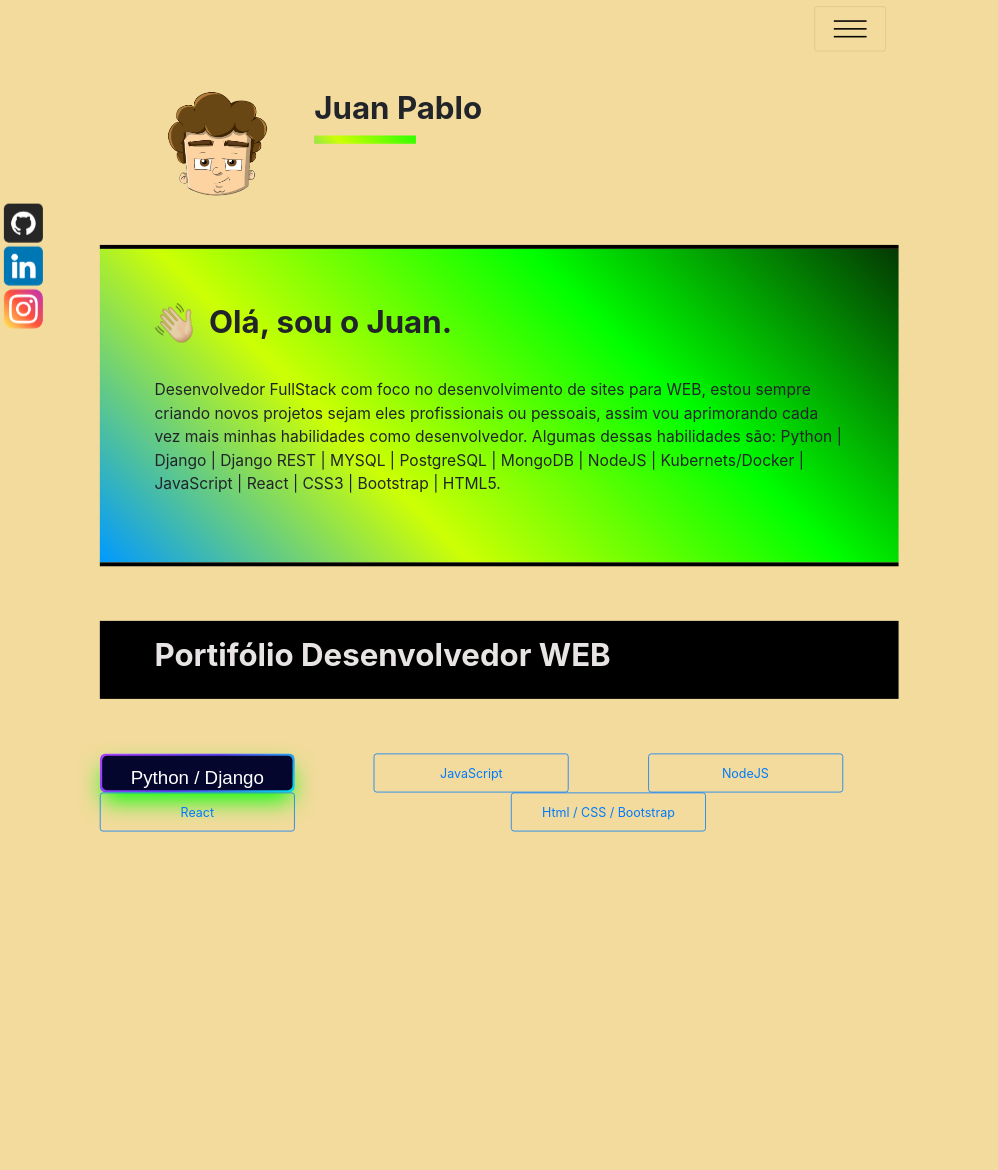
Repository: JuanPabloDS/portifolio
Page: http://localhost/
These files come from the project's save history. The page is drawn as it stood at one moment and after the next save; the edit follows.
The browser window is 1280 px wide. The pictures show the whole page, at 78% of full size.
The page is served by the project's application, run on Django 4.2 (manage.py). Other server files are loaded and not shown.

Above is the page before, as saved 2023-02-23 11:07:26.

### core/templates/index.html
{% extends 'base.html' %}

{% block content %}

{% include 'perfil.html' %}

{% include 'apresentacao.html' %}

{% include 'developer.html' %}

{% include 'footer.html' %}

{% endblock %}

### core/templates/base.html
{% load static %}
<!DOCTYPE html>
<html lang="pt-br">

    <head>
        <!-- Required meta tags -->
        <meta charset="UTF-8">
        <meta http-equiv="X-UA-Compatible" content="IE=edge">
        <meta name="viewport" content="width=device-width, initial-scale=1.0">
        <title>Portifólio</title>

        <!-- Bootstrap CSS -->
        <link rel="stylesheet" href="{% static 'css/bootstrap.min.css' %}">
        <link rel="stylesheet" href="{% static 'css/style.css' %}">


    </head>

    <body>
        <div class="pos-f-t">
            <nav class="navbar navbar-light menu">
              <button class="navbar-toggler" type="button" data-toggle="collapse" data-target="#navbarToggleExternalContent" aria-controls="navbarToggleExternalContent" aria-expanded="false" aria-label="Toggle navigation">
                <div class="burger"><i></i><i></i><i></i></div>
              </button>
            </nav>
            <div class="collapse" id="navbarToggleExternalContent">
              <div class="bg-dark p-4">
                <div class="menu-itens">
                  <h1>HOME</h1>
                </div>
                <div class="menu-itens">
                  <h1>HOME</h1>
                </div>
                <div class="menu-itens">
                  <h1>HOME</h1>
                </div>
                <div class="menu-itens">
                  <h1>HOME</h1>
                </div>
              </div>
            </div>
          </div>
{% block content %}
{% endblock %}

### core/templates/perfil.html
{% load static %}
<div class="perfil">
    <img src="{% static '/img/perfil/eu.png' %}" alt="">
    <div class="borda">
        <h1>Juan Pablo</h1>
    </div>
</div>

### core/templates/apresentacao.html
{% load static %}
<div class="apresentacao">
    <div class="texto">
        <div>
            <img src="{% static '/img/icons/acenar.png' %}" alt="">
            <h1>Olá, sou o Juan.</h1>
        </div>
        <div class="paragrafo">
            <p>Desenvolvedor FullStack com foco no desenvolvimento de sites para WEB, estou sempre criando
            novos projetos sejam eles profissionais ou pessoais, assim vou aprimorando cada vez
            mais minhas habilidades como desenvolvedor. Algumas dessas habilidades são:
            Python | Django | Django REST | MYSQL | PostgreSQL | MongoDB | NodeJS | Kubernets/Docker |
            JavaScript | React | CSS3 | Bootstrap | HTML5.   </p>
        </div>
    </div>
    <div class="icons">
        <img src="{% static '/img/icons/github.png' %}" alt="">
        <img src="{% static '/img/icons/linkedin.png' %}" alt="">
        <img src="{% static '/img/icons/instagram.png' %}" alt="">
    </div>
</div>

### core/templates/developer.html
{% load static %}
<div class="dev">
    <div class="dev-1">
        <h1>Portifólio Desenvolvedor WEB</h1>
    </div>
    <div class="dev-menu row">
        <div class="col-sm">
            <button class="button-64" role="button"><span class="text">Python / Django</span></button>
        </div>
        <div class="col-sm">
            <button type="button" class="btn btn-outline-primary">JavaScript</button>
        </div>
        <div class="col-sm">
            <button type="button" class="btn btn-outline-primary">NodeJS</button>
        </div>
        <div class="col-sm">
            <button type="button" class="btn btn-outline-primary">React</button>
        </div>
        <div class="col-sm">
            <button type="button" class="btn btn-outline-primary">Html / CSS / Bootstrap</button>
        </div>
    </div>
</div>

### core/templates/footer.html
{% load static %}
<!-- jQuery first, then Tether, then Bootstrap JS. -->
<script src="{% static 'js/jquery.js' %}"></script>
<script src="{% static 'js/bootstrap.js' %}" ></script>
<script src="{% static 'js/bootstrap.min.js' %}" ></script>
<script src="{% static 'js/bootstrap.bundle.js' %}" ></script>
<script src="{% static 'js/bootstrap.bundle.min.js' %}" ></script>
</body>
</html>

### core/views.py
from django.views.generic import TemplateView

class IndexView(TemplateView):
    template_name: str = 'index.html'

### portifolio/urls.py
"""portifolio URL Configuration

The `urlpatterns` list routes URLs to views. For more information please see:
    https://docs.djangoproject.com/en/4.1/topics/http/urls/
Examples:
Function views
    1. Add an import:  from my_app import views
    2. Add a URL to urlpatterns:  path('', views.home, name='home')
Class-based views
    1. Add an import:  from other_app.views import Home
    2. Add a URL to urlpatterns:  path('', Home.as_view(), name='home')
Including another URLconf
    1. Import the include() function: from django.urls import include, path
    2. Add a URL to urlpatterns:  path('blog/', include('blog.urls'))
"""
from django.contrib import admin
from django.urls import path, include

from django.conf.urls.static import static
from django.conf import settings

urlpatterns = [
    path('admin/', admin.site.urls),
    path('', include('core.urls')),
] + static(settings.MEDIA_URL, document_root=settings.MEDIA_ROOT)

### core/urls.py
from django.urls import path
from .views import IndexView

urlpatterns = [
    path('', IndexView.as_view(), name='index')
]

### core/static/css/style.css
/*! Menu inicial */

body{
    width: 80%;
    margin: auto;
    height: 1500px;
    background-color: #f2db9c;
}

@media screen and (max-width: 600px) {
    body{
        width: 100%;
        margin: auto;
    }

}

.burger {

    z-index: 9998;
    cursor: pointer;
    padding: 5px 4px;
    background-color: transparent;
}

.burger i {
    display: block;
    width: 42px;
    height: 2px;
    margin: 8px;
    background-color: black;
}

.burger:active,
.burger:focus {
 outline-color:0;
 outline-style:none;
 outline-width:0
}
.burger i {
 display:block;
 width:42px;
 height:2px;
 margin:8px;
 background-color:black
}

.burger i:nth-child(n) {
 -moz-transition:-moz-transform .45s cubic-bezier(.43,.77,.15,1.5),background .3s ease;
 -o-transition:-o-transform .45s cubic-bezier(.43,.77,.15,1.5),background .3s ease;
 -webkit-transition:-webkit-transform .45s cubic-bezier(.43,.77,.15,1.5),background .3s ease;
 transition:transform .45s cubic-bezier(.43,.77,.15,1.5),background .3s ease
}
.burger.hover i:nth-child(1) {
 -moz-transform:translate3d(0,-4px,0);
 -ms-transform:translate3d(0,-4px,0);
 -webkit-transform:translate3d(0,-4px,0);
 transform:translate3d(0,-4px,0)
}
.burger.hover i:nth-child(3) {
 -moz-transform:translate3d(0,4px,0);
 -ms-transform:translate3d(0,4px,0);
 -webkit-transform:translate3d(0,4px,0);
 transform:translate3d(0,4px,0)
}
.burger.st-1 {
 animation:rotate-back-in .8s cubic-bezier(.2,.86,.35,1) forwards;
 -webkit-animation:rotate-back-in .8s cubic-bezier(.2,.86,.35,1) forwards
}
.burger.st-1 i:nth-child(1) {
 -moz-transform:translate3d(0,9px,0);
 -ms-transform:translate3d(0,9px,0);
 -webkit-transform:translate3d(0,9px,0);
 transform:translate3d(0,9px,0)
}
.burger.st-1 i:nth-child(3) {
 -moz-transform:translate3d(0,-9px,0);
 -ms-transform:translate3d(0,-9px,0);
 -webkit-transform:translate3d(0,-9px,0);
 transform:translate3d(0,-9px,0)
}
.burger.st-2 {
 animation:rotate-back-out .85s cubic-bezier(.2,.86,.35,1) forwards;
 -webkit-animation:rotate-back-out .85s cubic-bezier(.2,.86,.35,1) forwards
}
.burger.st-2 i:nth-child(1) {
 -moz-transform:translate3d(0,10px,0) rotate(45deg) scale(1.5);
 -ms-transform:translate3d(0,10px,0) rotate(45deg) scale(1.5);
 -webkit-transform:translate3d(0,10px,0) rotate(45deg) scale(1.5);
 transform:translate3d(0,10px,0) rotate(45deg) scale(1.5)
}
.burger.st-2 i:nth-child(2) {
 opacity:0
}
.burger.st-2 i:nth-child(3) {
 -moz-transform:translate3d(0,-10px,0) rotate(-45deg) scale(1.5);
 -ms-transform:translate3d(0,-10px,0) rotate(-45deg) scale(1.5);
 -webkit-transform:translate3d(0,-10px,0) rotate(-45deg) scale(1.5);
 transform:translate3d(0,-10px,0) rotate(-45deg) scale(1.5)
}
.burger.st-2.hover i:nth-child(1) {
 -moz-transform:translate3d(0,10px,0) rotate(50deg) scale(1.5);
 -ms-transform:translate3d(0,10px,0) rotate(50deg) scale(1.5);
 -webkit-transform:translate3d(0,10px,0) rotate(50deg) scale(1.5);
 transform:translate3d(0,10px,0) rotate(50deg) scale(1.5)
}
.burger.st-2.hover i:nth-child(3) {
 -moz-transform:translate3d(0,-10px,0) rotate(-50deg) scale(1.5);
 -ms-transform:translate3d(0,-10px,0) rotate(-50deg) scale(1.5);
 -webkit-transform:translate3d(0,-10px,0) rotate(-50deg) scale(1.5);
 transform:translate3d(0,-10px,0) rotate(-50deg) scale(1.5)
}

.menu{
    height: 20%;
    background-color: #f2db9c;
    color: black;
}

.menu button{
    position: relative;
    right: inherit;
    float: right;
    margin-left: auto;
    color: black;
}

.menu span {
    color: black;
}



.menu-itens {
    height: 80px;
    background-color: blue;
    text-align: center;
    padding-top: 13px;
    margin-bottom: 10px;
    font-size: 50%;
}

@media screen and (max-width: 600px){
    .menu button{
        position: relative;
        padding-top: 0;
        right: inherit;
        padding-right: 0;
        padding-left: 5px;
        padding-bottom: 0;
        width: 60px;
        height: 50px;
    }

    .menu-itens {
        height: 30px;
        background-color: blue;
    }

    .menu-itens h1 {
        font-size: 150%;
        line-height: 0.2;
    }

    .burger i {
        width:25px;
        height:2px;
       }
}

/*! Fim Menu inicial */

/*! Perfil */

.perfil{
    padding-top: 40px;
    padding-left: 80px;
    margin-bottom: 200px;
}

.perfil img {
    width: 140px;
    height: 140px;
    float: left;
}

.perfil h1 {
    margin-left: 50px;
    position: absolute;
    font-weight: bold;


}
.borda{
    position: relative;
    padding-left: 145px;
}

.borda::before, .borda::after{
    content: '';
    position: absolute;
    z-index: -1;
    width: calc(130px);
    height: calc(10px);
    top: 60px;
    background: linear-gradient(45deg, #0099ff, #cdff04, #00ff00, #043903 );
    margin-left: 50px;
    background-size: 300%;
    animation: AnimarBorda 8s linear infinite;

}

@keyframes AnimarBorda {
    0% {
        background-position: 0;
    }
    100% {
        background-position: 300%;
    }
}

@media screen and (max-width: 900px) {
    .perfil {
        padding-left: 20px;
        margin-bottom: 100px;

    }
    .perfil img {
        width: 60px;
        height: 60px;
    }
    .perfil h1 {
        font-size: 30px;
    }

    .borda{
        padding-left: 30px;
    }

    .borda::before, .borda::after{
        margin-left: 20px;
        top: 40px;

    }

}

/*! Fim Perfil */

/*! Apresentaçao */

.apresentacao{
    background-color: #f2e5c0;
    padding: 70px;
    position: relative;
    border-bottom: 5px solid black;
    border-top: 5px solid black;
    background: linear-gradient(45deg,#0099ff, #cdff04, #00ff00, #043903
    );
    animation-name: ring;
    animation-duration: 1000ms;
    animation-timing-function: linear;
    animation-iteration-count: infinite;
    display: flex;
    justify-content: center;
    align-items: center;

@keyframes ring {
    0%{
        tranform:rotate(-360deg)
    }
}

}

.texto {
    display: flex;
    flex-direction: column ;
    flex-wrap: wrap;
}

.texto h1 {
    margin-left: 20px;
    font-weight: bold;
    float: left;
    align-self: stretch;
}

.texto img {
    width: 50px;
    height: 50px;
    float: left;
}

.paragrafo p {
    margin-top: 40px;
    font-size: 20px;
}

.icons{
    position: fixed;
    padding-bottom: 23%;
    padding-left: 5px;
    bottom: 0;
    left: 0;
    width: 50px;
}

.icons img{
    width: 50px;
    height: 50px;
    margin-bottom: 5px;
}

@media screen and (max-width: 900px) {
    .icons{
        width: 20px;
    }

    .icons img{
        width: 20px;
        height: 20px;
        margin-bottom: 5px;
    }

    .texto h1 {
        font-size: 20px;
    }

    .texto img {
        width: 25px;
        height: 25px;
    }

    .paragrafo p {
        margin-top: 20px;
        font-size: 15px;
    }

}

/*! Fim Apresetação */

/*! Developer */

.dev-1 {
    margin-top: 70px;
    height: 100px;
    background-color: black;
    padding-top: 20px;
    padding-left: 70px;
}

.dev-1 h1 {
    color: rgb(232, 228, 228);
    font-weight: bold;

}

.dev-menu {
    margin-top: 70px;
    display: flex;
    flex-direction: row ;
    flex-wrap: wrap;
}

.dev-menu button {
    width: 250px;
    height: 50px;
}

.but-1 {
    color: #00ff00;
}

/* CSS */
.button-64 {
  align-items: center;
  background-image: linear-gradient(144deg,#AF40FF, #5B42F3 50%,#00DDEB);
  border: 0;
  border-radius: 8px;
  box-shadow: #00ff00 0 15px 30px -5px;
  box-sizing: border-box;
  color: white;
  display: flex;
  font-family: Phantomsans, sans-serif;
  font-size: 20px;
  justify-content: center;
  line-height: 1em;
  max-width: 100%;
  min-width: 140px;
  padding: 3px;
  text-decoration: none;
  user-select: none;
  -webkit-user-select: none;
  touch-action: manipulation;
  white-space: nowrap;
  cursor: pointer;
}

.button-64:active,
.button-64:hover {
  outline: 0;
}

.button-64 span {
  background-color: rgb(5, 6, 45);
  padding: 16px 24px;
  border-radius: 6px;
  width: 100%;
  height: 100%;
  transition: 300ms;
}

.button-64:hover span {
  background: none;
}

@media (min-width: 768px) {
  .button-64 {
    font-size: 24px;
    min-width: 196px;
  }
}

Loaded but not shown: core/static/css/bootstrap.min.css (library); core/static/js/jquery.js (library); core/static/js/bootstrap.js (library); core/static/js/bootstrap.min.js (library); core/static/js/bootstrap.bundle.js (library); core/static/js/bootstrap.bundle.min.js (library)

After the next save:
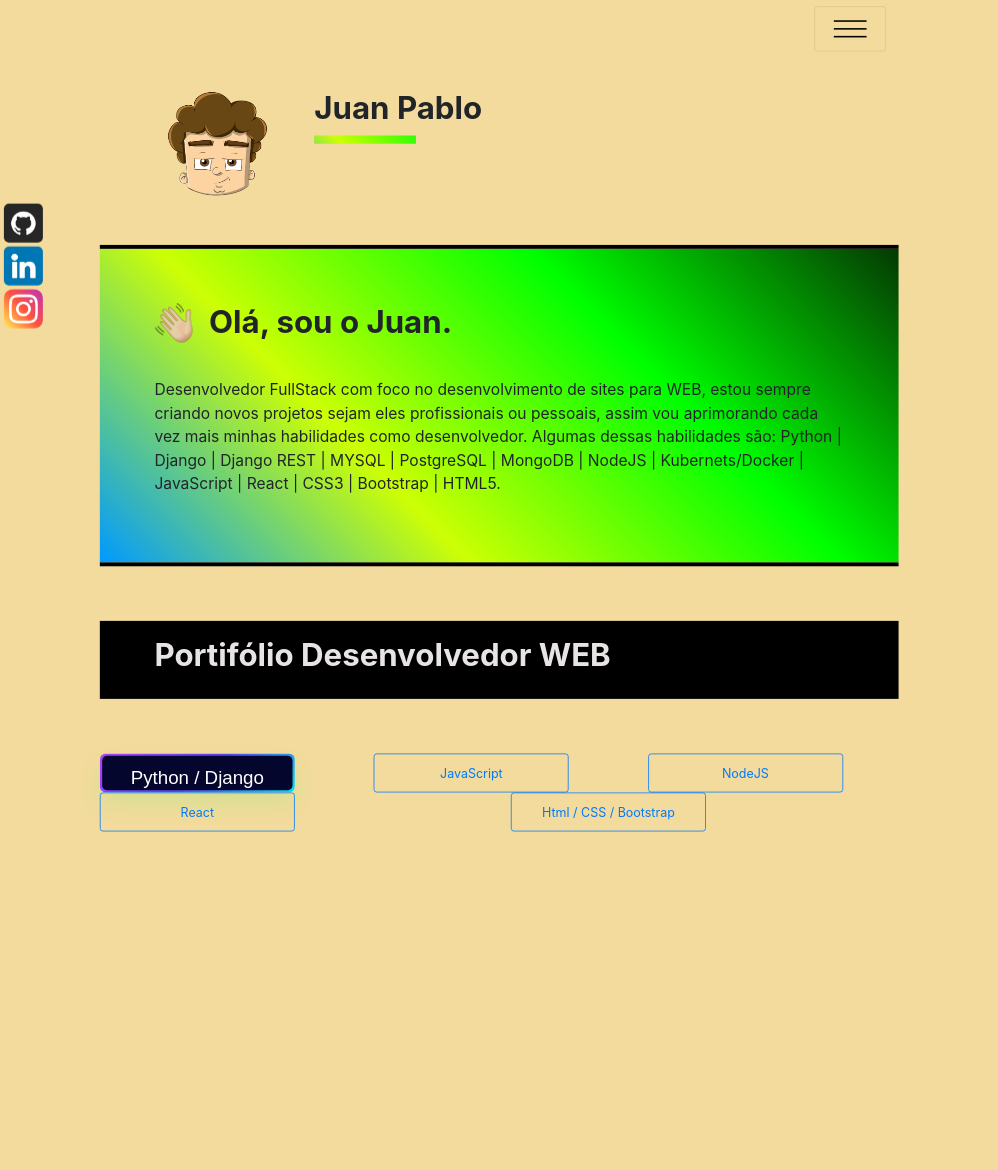
Saved 11 s later.
--- a/core/static/css/style.css
+++ b/core/static/css/style.css
@@ -379,7 +379,7 @@ body{
   background-image: linear-gradient(144deg,#AF40FF, #5B42F3 50%,#00DDEB);
   border: 0;
   border-radius: 8px;
-  box-shadow: #00ff00 0 15px 30px -5px;
+  box-shadow: rgba(65, 252, 96, 0.2) 0 15px 30px -5px;
   box-sizing: border-box;
   color: white;
   display: flex;
